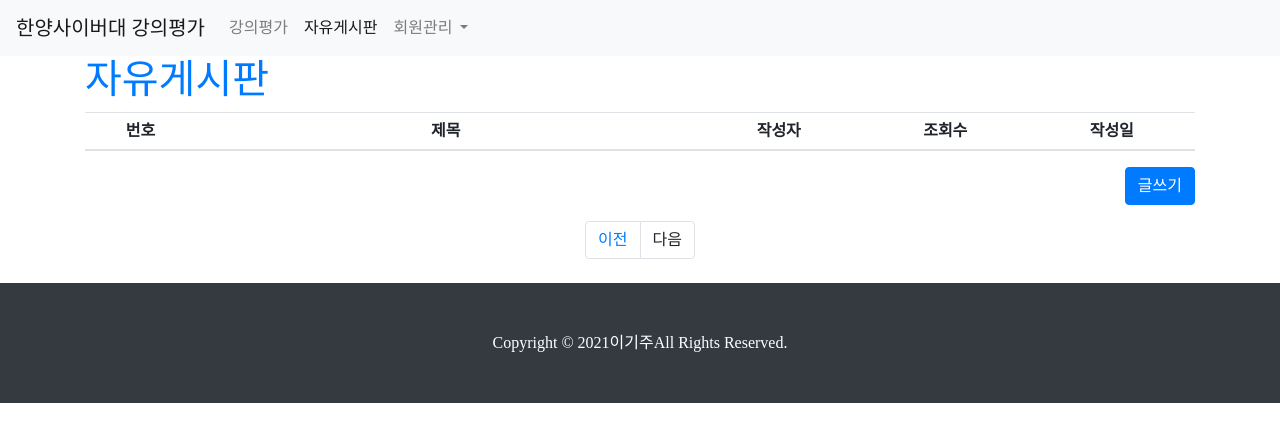
Repository: lkjjjang/hycu
Page: http://localhost/hycujjang/freeBoard.jsp
The author's editor kept a copy of each file at every save. The page is drawn from the files as they stood at one save, then again after the next save.
The browser window is 1280 px wide. The pictures show the whole page.
Some web fonts or font styles are not loaded; a fallback is used. The page is served by Tomcat 9. Nobody is signed in. The application's start-up code is not run. Other server files are loaded and not shown. The template is opened directly, without the code that normally fills it, so the values that code supplies are empty.

Above is the page before, as saved 2022-01-06 02:28:27.

### hycujjang/WebContent/freeBoard.jsp
<%@ page language="java" contentType="text/html; charset=UTF-8"
    pageEncoding="UTF-8"%>
<%@ page import="java.util.ArrayList" %>
<%@ page import="java.net.URLEncoder" %>
<%@ page import="java.io.PrintWriter" %>
<%@ taglib prefix="c" uri="http://java.sun.com/jsp/jstl/core"%>
<%@ taglib prefix="fmt" uri="http://java.sun.com/jsp/jstl/fmt"%>

<!DOCTYPE html>
<html>
<head>
	<meta charset="UTF-8">
	<meta name="viewport" content="width=device-width, initial-scale=1, shrink-to-fit=no">
	<title>한양사이버대 강의평가</title>
	<!-- 부트스트랩 CSS 추가하기 -->
	<link rel="stylesheet"
			href="https://stackpath.bootstrapcdn.com/bootstrap/4.4.1/css/bootstrap.min.css"
			integrity="sha384-Vkoo8x4CGsO3+Hhxv8T/Q5PaXtkKtu6ug5TOeNV6gBiFeWPGFN9MuhOf23Q9Ifjh"
			crossorigin="anonymous">
	<!-- 커스텀 CSS 추가하기 -->
	<link rel="stylesheet" href="./css/custom.css">
</head>
<body>
	<nav class="navbar navbar-expand-md navbar-light bg-light">
		<a class="navbar-brand" href="index.jsp">한양사이버대 강의평가</a>
		<button class="navbar-toggler" type="button" data-toggle="collapse" data-target="#navbar">
			<span class="navbar-toggler-icon"></span>
		</button>
		<div id="navbar" class="collapse navbar-collapse">
			<ul class="navbar-nav mr-auto">
				<li class="nav-item">
					<a class="nav-link" href="lectureBoardController?pageNumber=1">강의평가</a>
				</li>
				<li class="nav-item active">
					<a class="nav-link" href="freeBoardController?pageNumber=1">자유게시판</a>
				</li>
				<li class="nav-item dropdown">
					<a class="nav-link dropdown-toggle" id="dropdown" data-toggle="dropdown" href="index.jsp">
						회원관리
					</a>
					<div class="dropdown-menu" aria-labelledby="dropdown">
						<a class="dropdown-item" href="logout.jsp">로그아웃</a>
					</div>
				</li>
			</ul>
		</div>
	</nav>

	<div class="container">
		<h1>
    		<a class="ed link-primary text-bold title-underline" href="freeBoardController?pageNumber=1">자유게시판</a>
  		</h1>
			<table class="table table-hover">
				<colgroup>
					<col width="10%"/>
					<col width="45%"/>
					<col width="15%"/>
					<col width="15%"/>
					<col width="15%"/>
				</colgroup>
				<thead style="text-align: center;">
					<tr>
						<th style="padding: 6px;">번호</th>
						<th style="padding: 6px;">제목</th>
						<th style="padding: 6px;">작성자</th>
						<th style="padding: 6px;">조회수</th>
						<th style="padding: 6px;">작성일</th>
					</tr>
				</thead>
				<tbody>
					<c:forEach var="freeBBS" items="${freeBBS}" begin="0" end="${freeBBSListPrintCount}">
						<tr>
							<td style="text-align: center; padding: 6px;">
								<c:if test="${userID == 'admin'}">
									<input type="checkbox" name="delCheck_id" id="delCheck_id" value="${freeBBS.bbsID}">
								</c:if>
								${freeBBS.bbsID}
							</td>
							<td style="padding: 6px;">
								<a href="freeBoardDetailController?id=${freeBBS.bbsID}" style="display:block; width:100%; height:100%">
									<span class="text-dark">${freeBBS.bbsTitle}</span>
									<c:if test="${freeBBS.commentCount != 0}"><span style="font-size: 12px">[${freeBBS.commentCount}]</span></c:if>
									<c:if test="${freeBBS.useImage == 1}"><img src="images/imageIcon.png"></c:if>
								</a>
							</td>
							<td style="text-align: center; padding: 6px;">${freeBBS.nickName}</td>
							<td style="text-align: center; padding: 6px;">${freeBBS.bbsHit}</td>
							<td style="text-align: center; padding: 6px;">${freeBBS.bbsDate}</td>
						</tr>
					</c:forEach>
				</tbody>
			</table>
		<c:if test="${userID == 'admin'}">
			<div id="checkList">
				<button class="btn btn-primary" id="selectAll" onclick="select(this)">전체선택</button>
				<button class="btn btn-danger" id="deleteAll" onclick="deleteAll()">선택삭제</button>
			</div>
		</c:if>
		<c:if test="${userID != 'admin'}">
			<c:if test="${userID == 'guest'}">
				<div style="text-align: right;">
					<button onclick="guestWrite()" class="btn btn-primary">글쓰기</button>
				</div>
			</c:if>
			<c:if test="${userID != 'guest'}">
				<div style="text-align: right;">
					<a href="write.jsp" class="btn btn-primary">글쓰기</a>
				</div>
			</c:if>
		</c:if>

		<!-- 페이지번호 출력 -->
		<!-- 파라미터로 들어오는 페이지 번호를 이용해 startNum값을 구함 -->
		<div>
			<c:set var="page" value="${(param.pageNumber == null) ? 1 : param.pageNumber}"></c:set>
			<c:set var="startNum" value="${page - (page - 1) % 5}"></c:set>
			<c:set var="lastNum" value="${listCount}"></c:set>

			<ul class="pagination justify-content-center mt-3">
				<c:if test="${param.pageNumber == 1}">
					<li class="page-item"><a class="page-link" onclick="alert('이전 페이지가 없습니다.');">이전</a></li>
				</c:if>
				<c:if test="${param.pageNumber != 1}">
					<li class="page-item"><a class="page-link" href="freeBoardController?pageNumber=${param.pageNumber - 1}">이전</a></li>
				</c:if>

				<c:forEach var="i" begin="0" end="4">
					<c:if test="${(startNum + i) <= lastNum}">
						<c:if test="${param.pageNumber == (startNum + i)}">
							<li class="page-item active"><a class="page-link" href="freeBoardController?pageNumber=${startNum + i}">${startNum + i}</a></li>
						</c:if>
						<c:if test="${param.pageNumber != (startNum + i)}">
							<li class="page-item"><a class="page-link" href="freeBoardController?pageNumber=${startNum + i}">${startNum + i}</a></li>
						</c:if>
					</c:if>
				</c:forEach>

				<c:if test="${param.pageNumber == lastNum}">
					<li class="page-item"><a class="page-link" onclick="alert('다음 페이지가 없습니다.');">다음</a></li>
				</c:if>
				<c:if test="${param.pageNumber != lastNum}">
					<li class="page-item"><a class="page-link" href="freeBoardController?pageNumber=${param.pageNumber + 1}">다음</a></li>
				</c:if>
			</ul>
		</div>
	</div>

	<footer class="bg-dark mt-4 p-5 text-center" style="color: #FFFFFF;">
		Copyright &copy; 2021이기주All Rights Reserved.
	</footer>
	<script src="https://code.jquery.com/jquery-3.6.0.js"
  			integrity="sha256-H+K7U5CnXl1h5ywQfKtSj8PCmoN9aaq30gDh27Xc0jk="
  			crossorigin="anonymous">
	</script>
	<script src="https://cdn.jsdelivr.net/npm/popper.js@1.16.0/dist/umd/popper.min.js"
			integrity="sha384-Q6E9RHvbIyZFJoft+2mJbHaEWldlvI9IOYy5n3zV9zzTtmI3UksdQRVvoxMfooAo"
			crossorigin="anonymous">
	</script>
	<script src="https://maxcdn.bootstrapcdn.com/bootstrap/4.0.0/js/bootstrap.min.js"
			integrity="sha384-JZR6Spejh4U02d8jOt6vLEHfe/JQGiRRSQQxSfFWpi1MquVdAyjUar5+76PVCmYl"
			crossorigin="anonymous">
	</script>
	<script type="text/javascript">
		function guestWrite() {
			alert('게스트 계정은 글작성이 불가능 합니다.');
		}
	</script>
	<script type="text/javascript">
		function deleteAll() {
			var checkList = document.getElementsByName('delCheck_id');
			var checkedList = new Array();
			var count = 0;
			for (var i = 0; i < checkList.length; i++) {
				if (checkList[i].checked == true) {
					count++;
					checkedList[i] = checkList[i].value;
				}
			}

			if (count == 0) {
				alert('선택사항이 없습니다.');
				return;
			}

			var data = new Array();
			for (var i = 0; i < checkedList.length; i++) {
				if (checkedList[i] != null) {
					var dataTemp = new Object();
					dataTemp.id = checkedList[i];
					data.push(dataTemp);
				}
			}

			$.ajax({
				type: "post",
				url: "freeBoardDeleteController",
				data: JSON.stringify(data),
				contentType: "application/json; charset=utf-8",
				dataType: "json",

				success: function(json) {
					if (json[0].resultCode == 'ok') {
						alert('삭제 되었습니다.');
					} else {
						alert('데이터베이스 오류 입니다.');
					}
					location.reload();
				},
				error: function(json) {
					alert('시스템 오류 입니다.')
				}
			});
		}
	</script>
	<script type="text/javascript">
		function select(tagID) {
			var id = tagID.id;
			var checkList = document.getElementsByName('delCheck_id');
			for (var i = 0; i < checkList.length; i++) {
				if (id == 'selectAll') {
					checkList[i].checked = true;
				} else {
					checkList[i].checked = false;
				}
			}

			if (id == 'selectAll') {
				changeId('cancel', '선택해제');
			} else {
				changeId('selectAll', '전체선택');
			}
		}

		function changeId(id, text)  {
			  const btnElement = document.getElementById('checkList');
			  btnElement.innerHTML = '<button class="btn btn-primary" id="' + id + '" onclick="select(this)">'+ text +'</button>' +
			  							'<button class="btn btn-danger" id="deleteAll" onclick="deleteAll()">선택삭제</button>';
		}
	</script>
</body>
</html>

### hycujjang/WebContent/css/custom.css
@import url(https://fonts.googleapis.com/earlyaccess/jejugothic.css);
@import url(https://fonts.googleapis.com/css2?family=Nanum+Gothic&display=swap);
.navbar-brand, h1, h2, h3, h4 {
	font-family: 'Jeju Gothic';
}
h5 {
	font-family: 'Jeju Gothic';
	font-size: 18px;
}
body {
	font-family: 'Nanum Gothic';
}

After the next save:
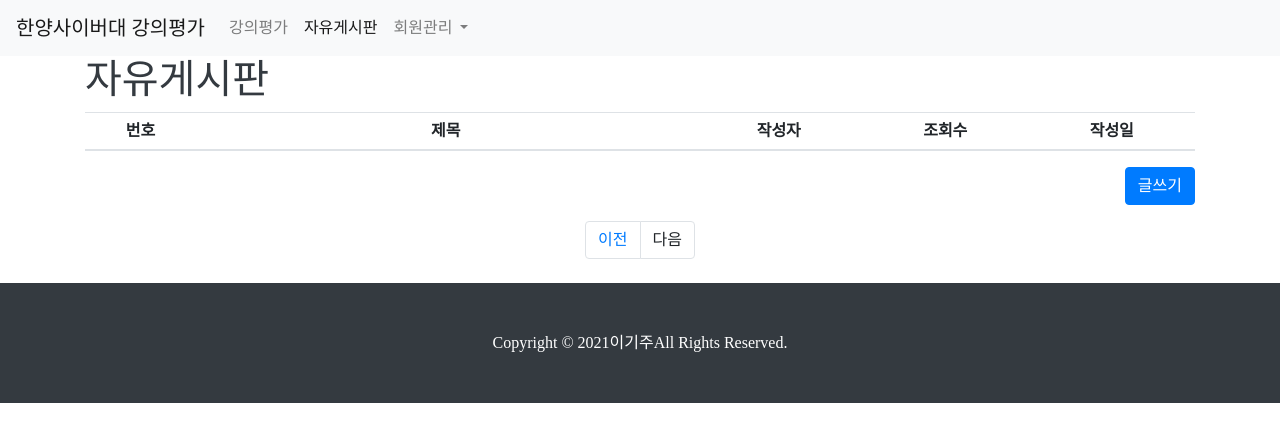
Saved 32 s later.
--- a/hycujjang/WebContent/freeBoard.jsp
+++ b/hycujjang/WebContent/freeBoard.jsp
@@ -48,7 +48,7 @@
 
 	<div class="container">
 		<h1>
-    		<a class="ed link-primary text-bold title-underline" href="freeBoardController?pageNumber=1">자유게시판</a>
+    		<a class="ed link-primary text-bold title-underline" href="freeBoardController?pageNumber=1"><span class="text-dark">자유게시판</span></a>
   		</h1>
 			<table class="table table-hover">
 				<colgroup>
